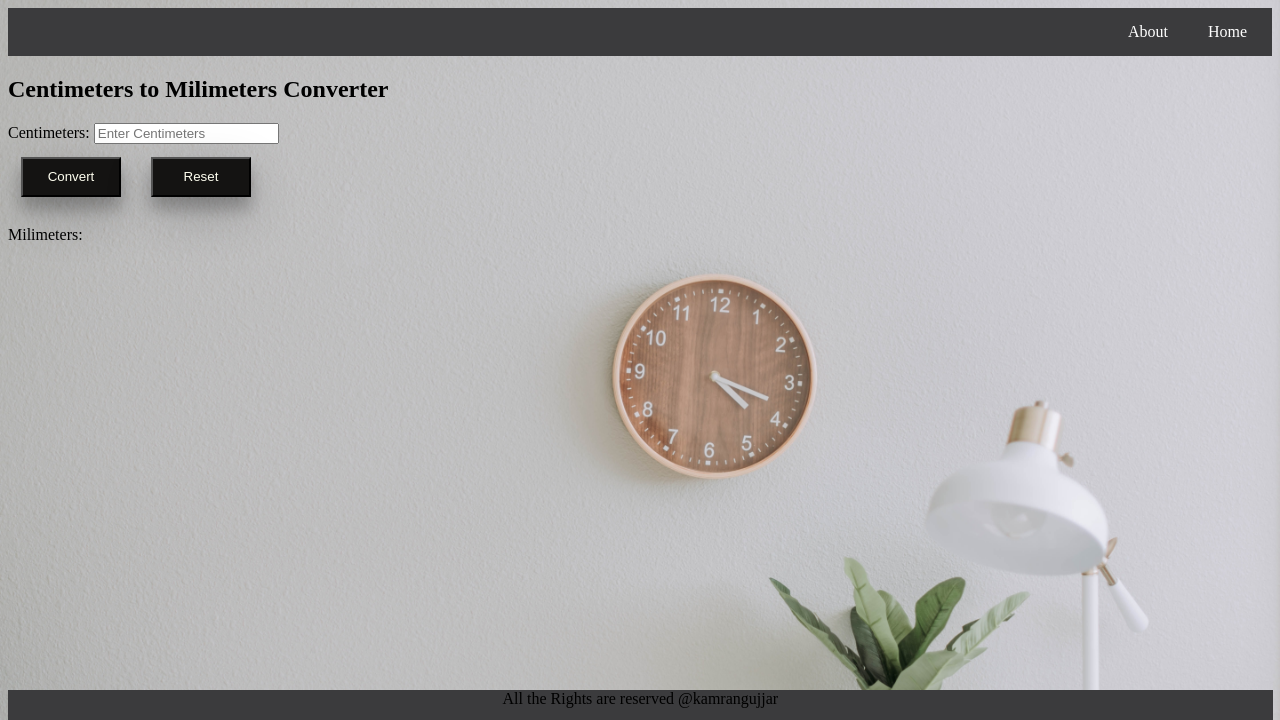
Repository: Kamrangujjar85112/Length-Converter
Page: html/cm_mm.html
An editor plug-in stored every save of this project. The page is shown before and after the next save, followed by the edit.
The browser window is 1280 px wide. The pictures show the whole page.

Above is the page before, as saved 2022-01-21 07:06:34.

After the next save:
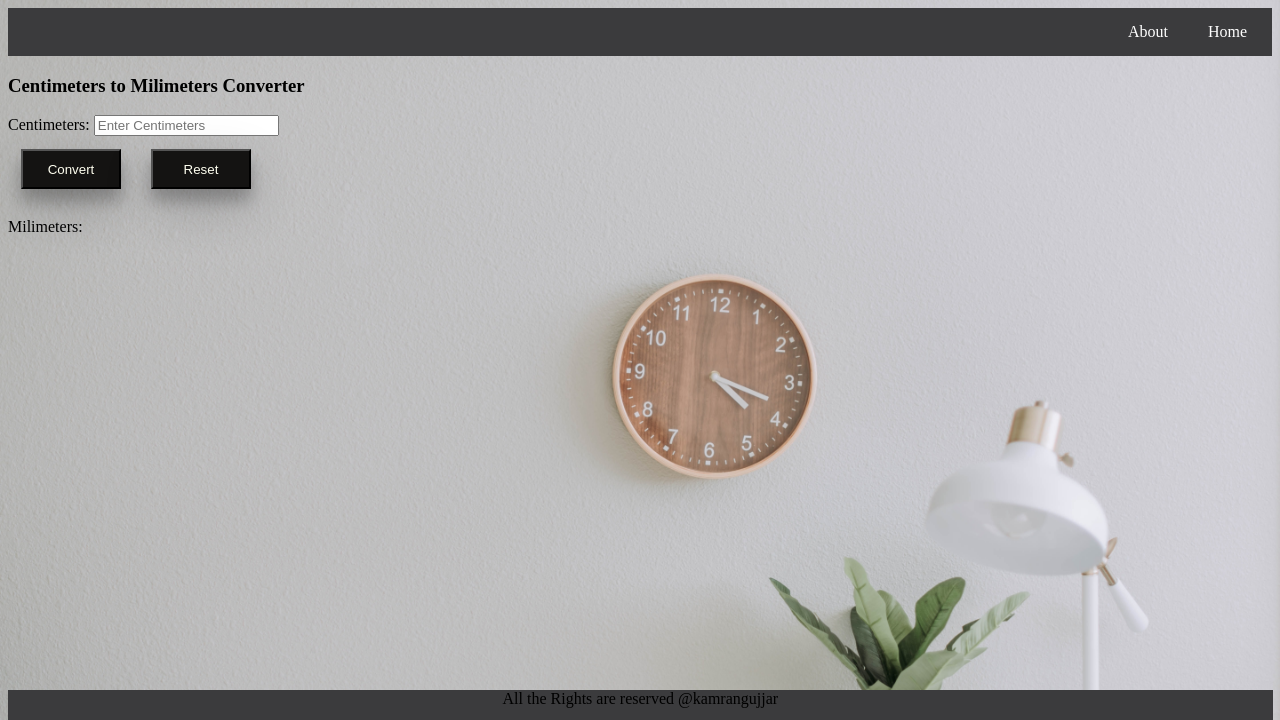
Saved 19 s later.
--- a/html/cm_mm.html
+++ b/html/cm_mm.html
@@ -19,7 +19,7 @@
             </nav>
         </div>
     <div class="box">
-        <h2>Centimeters to Milimeters Converter</h2>
+        <h3>Centimeters to Milimeters Converter</h3>
 
             <label>Centimeters:</label>
             <input type="number" id="centimeters" placeholder="Enter Centimeters"><br>
